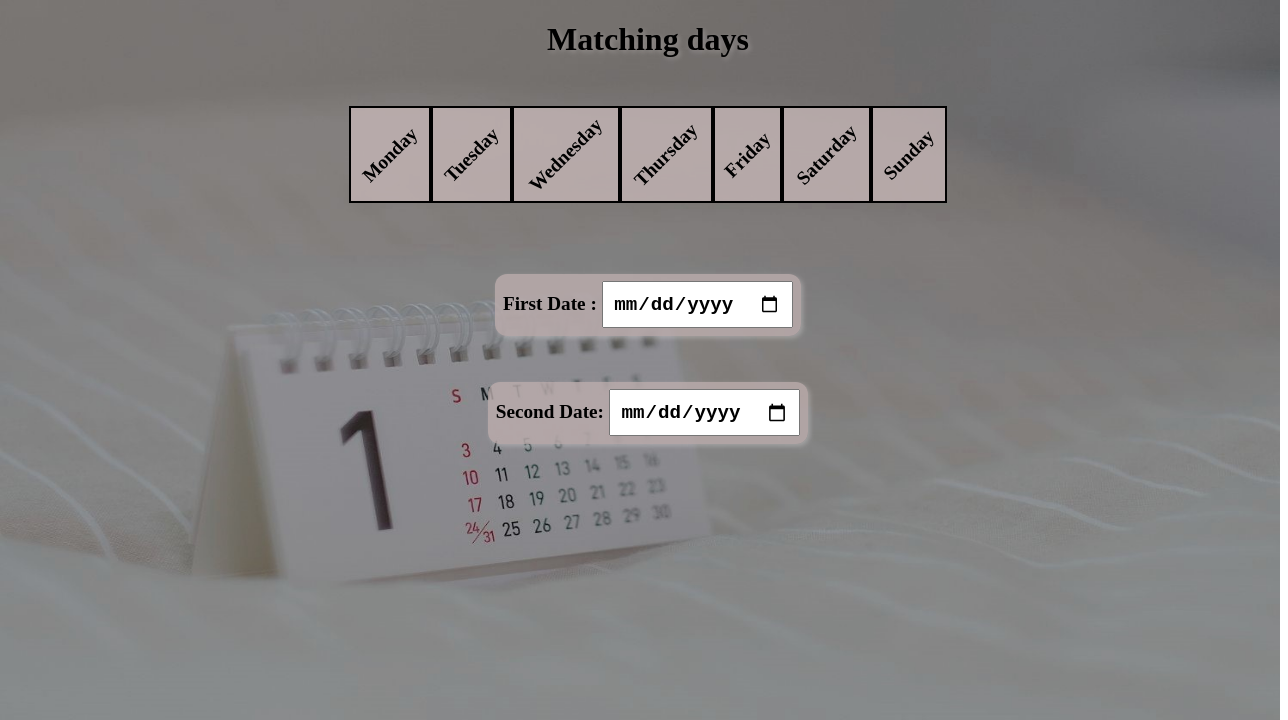
Repository: lasity34/matching-days
Page: index.html
The author's editor kept a copy of each file at every save. The page is drawn from the files as they stood at one save, then again after the next save.
The browser window is 1280 px wide. The page is 1288 px wide, so the pictures cover 1288 px, including what lies to the right of the window. The pictures show the whole page.
Some web fonts or font styles are not loaded; a fallback is used. Some web libraries are served in a nearby version.

Above is the page before, as saved 2023-05-10 12:38:55.

### index.html
<!DOCTYPE html>
<html lang="en">
<head>
    <meta charset="UTF-8">
    <meta http-equiv="X-UA-Compatible" content="IE=edge">
    <meta name="viewport" content="width=device-width, initial-scale=1.0">
    <title>Matching days</title>
    <link rel="preconnect" href="https://fonts.googleapis.com">
<link rel="preconnect" href="https://fonts.gstatic.com" crossorigin>
<link href="https://fonts.googleapis.com/css2?family=Battambang:wght@300;400;700&display=swap" rel="stylesheet">
    <link rel="stylesheet" href="style.css" >
    <script src="https://cdnjs.cloudflare.com/ajax/libs/handlebars.js/4.0.11/handlebars.min.js"></script>
    <script type="text/x-template" id="days_template">
        {{#each different_days}}
        <div class="day_box"><p class="day_text">{{day}}</p></div>
        {{/each}}
    </script>
</head>
<body>

    <h1>Matching days</h1>
    <section class="days_container">

    </section>
    <section class="date_input_container">
        <div class="input_box">

            <label for="first_date">First Date :</label>
            <input type="date" id="first_date" name="first_date" />
        </div>
        <div class="input_box">

            <label for="second_date">Second Date:</label>
            <input type="date" id="second_date" name="second_date"/>
        </div>
    </section>


        <!-- matching-days function -->
        <script src="/matching-days.js" charset="utf-8"></script>
        <!-- followed by the tests -->
        <script src="./matching-days-factory.js" charset="utf-8"></script>

</body>
</html>

### style.css

html {
    font-family: 'Battambang', cursive;
    background: url("./Images/background.jpg") no-repeat  center / 100% 100% fixed ;
    font-weight: 700;
    font-size: 16px;
}

body {
    width: 100%;
}

h1 {
    text-align: center;
    text-shadow: 2px 2px 5px rgba(227, 223, 223, 0.3);
}
/* days display */
.days_container {
    display: flex;
    justify-content: center;
    margin: 3em auto;
    width: 100%;
}

.day_box {
    border: 2px solid black;
    padding: 1em 0.3em;
    background-color: rgba(197, 182, 182, 0.8);
}

.day_text {
    transform: rotate(-45deg);
    font-size: 1.2rem;
}

/* dates input */


.date_input_container {
    display: flex;
    flex-direction: column;
    align-items: center;
    justify-content: space-around;
    height: 30vh;
    font-size: 1.2rem;
}

input {
    font-size: 1.2rem;
    font-weight: 700;
    padding: 0.5em;
}

.input_box {
    background-color: rgba(188, 173, 173, 0.8);
    box-shadow: 2px 2px 5px rgba(245, 243, 243, 0.3);
    border-radius: 12px;
    padding: 0.4em;
}

### matching-days.js



document.addEventListener("DOMContentLoaded", function() {

    const template_source = document.querySelector("#days_template").innerHTML
    const days_template = Handlebars.compile(template_source)
    const days_data_display = document.querySelector(".days_container")

    const daysData = {
        different_days: [
            { day: "Monday"},
            { day: "Tuesday"},
            { day: "Wednesday"},
            { day: "Thursday"},
            { day: "Friday"},
            { day: "Saturday"},
            { day: "Sunday"}
        ]
    }

    const daysDataHTML = days_template(daysData)

    days_data_display.innerHTML = daysDataHTML

})

Loaded but not shown: matching-days-factory.js (no stored copy; drawn as an empty file)

After the next save:
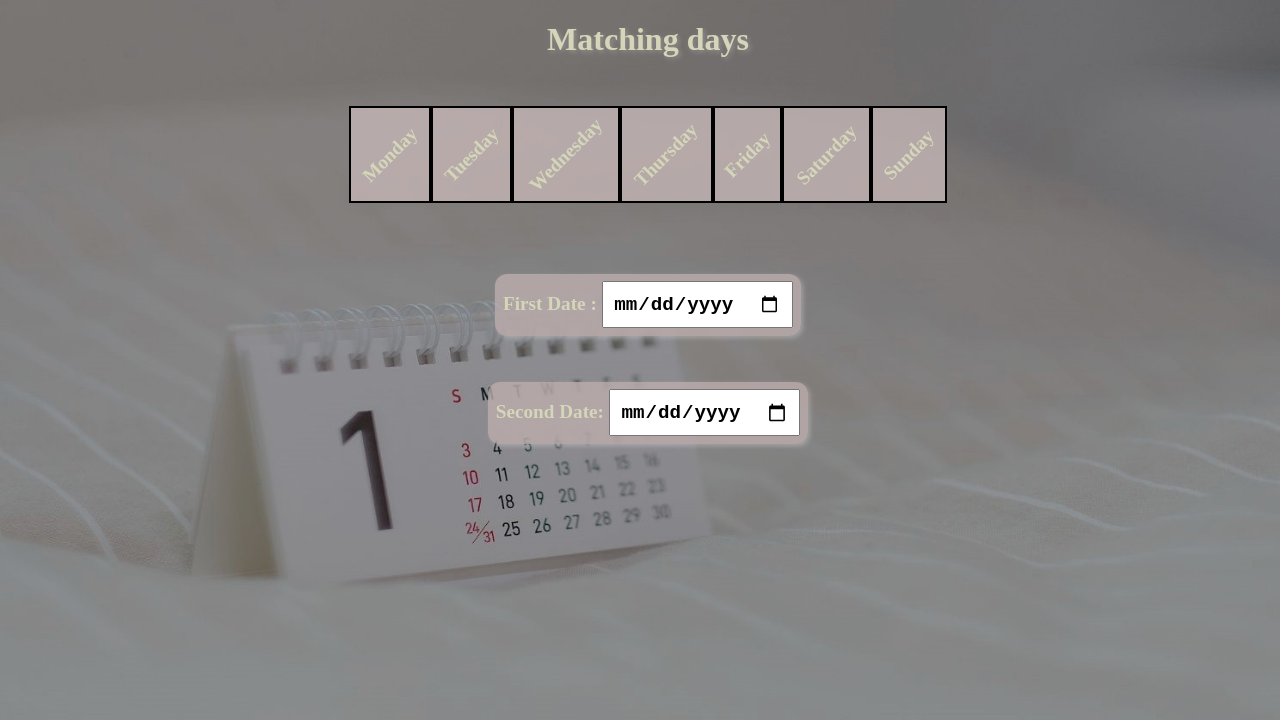
Saved 104 s later.
--- a/style.css
+++ b/style.css
@@ -4,6 +4,7 @@ html {
     background: url("./Images/background.jpg") no-repeat  center / 100% 100% fixed ;
     font-weight: 700;
     font-size: 16px;
+    color: #D4D6B9
 }
 
 body {
